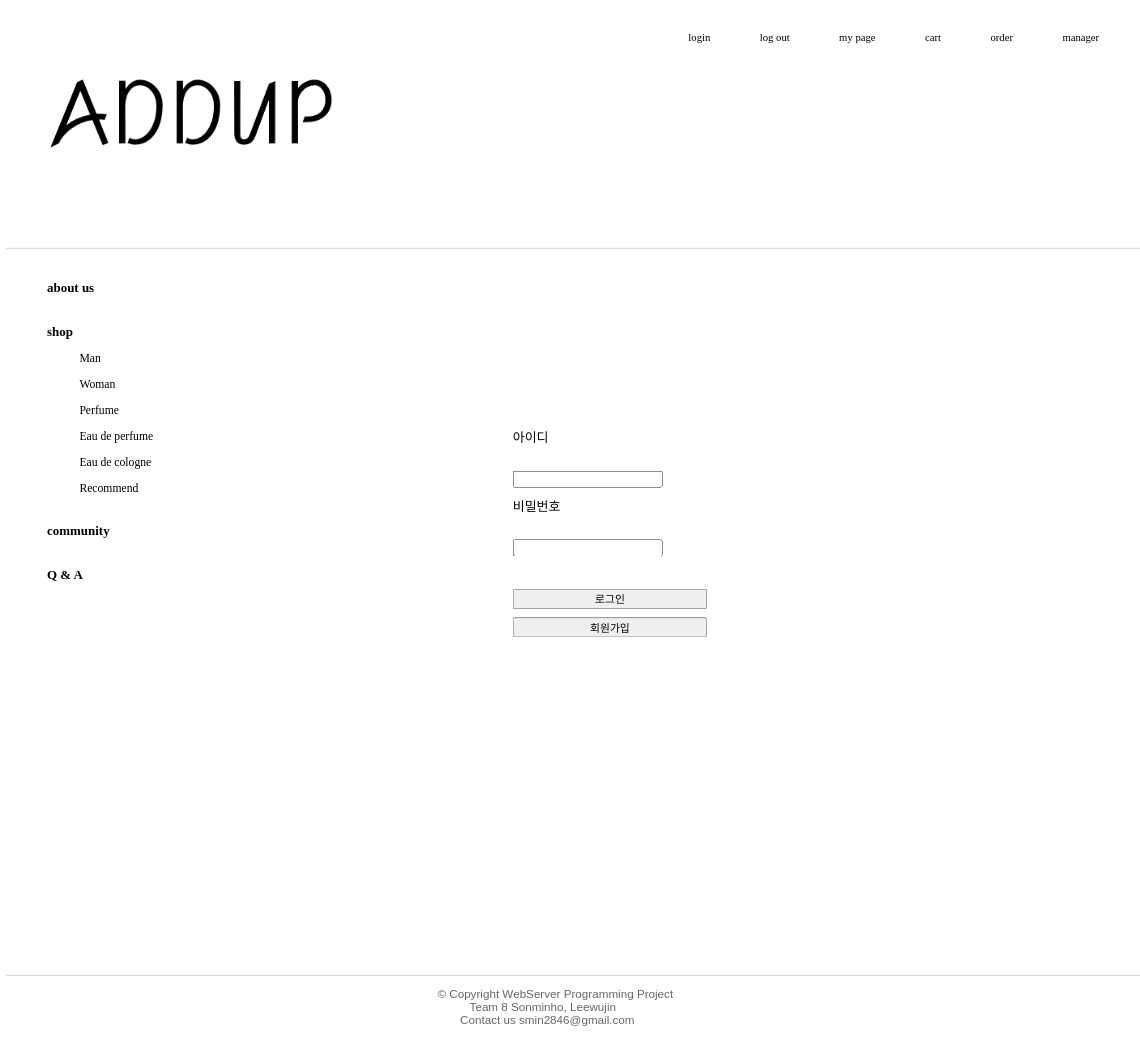
Repository: sonminho/aos
Page: http://localhost/addup_perfume/ControllerServlet?command=user_login
The author's editor kept a copy of each file at every save. The page is drawn from the files as they stood at one save, then again after the next save.
The browser window is 1280 px wide. The page is 1408 px wide, so the pictures cover 1408 px, including what lies to the right of the window. The pictures show the whole page, at 81% of full size.
The page is served by Tomcat 9. Queries for data that is not in the repository find no rows.

Above is the page before, as saved 2017-12-07 17:36:28.

After the next save:
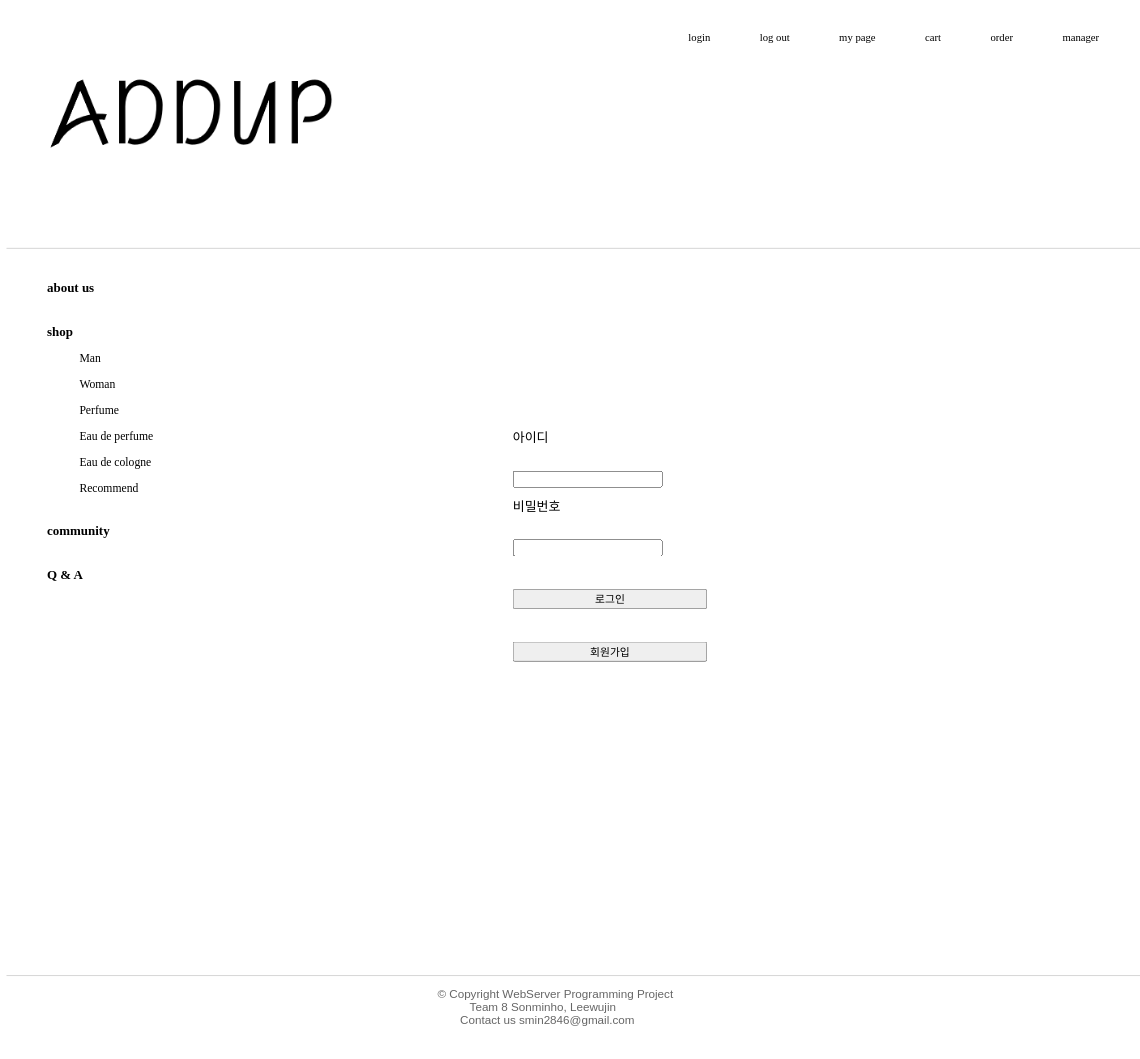
Saved 2 min 14 s later.
--- a/Webserver/addup_perfume/WebContent/user_login.jsp
+++ b/Webserver/addup_perfume/WebContent/user_login.jsp
@@ -211,7 +211,7 @@
 				아이디&nbsp; &nbsp;&nbsp; &nbsp;<input type="text" name="id"><br>
 				비밀번호&nbsp; &nbsp;<input type="password" name="pw"><br>
 				<input type="submit" onclick="return loginCheck();"value="로그인" style="width:240px;">
-				<button style="width:240px" href="user_join.jsp">회원가입</button>
+				<input type="button" style="width:240px" onclick="user_join.jsp" value="회원가입">
 			</form>
 		</div>
 	</div> <!-- container -->
